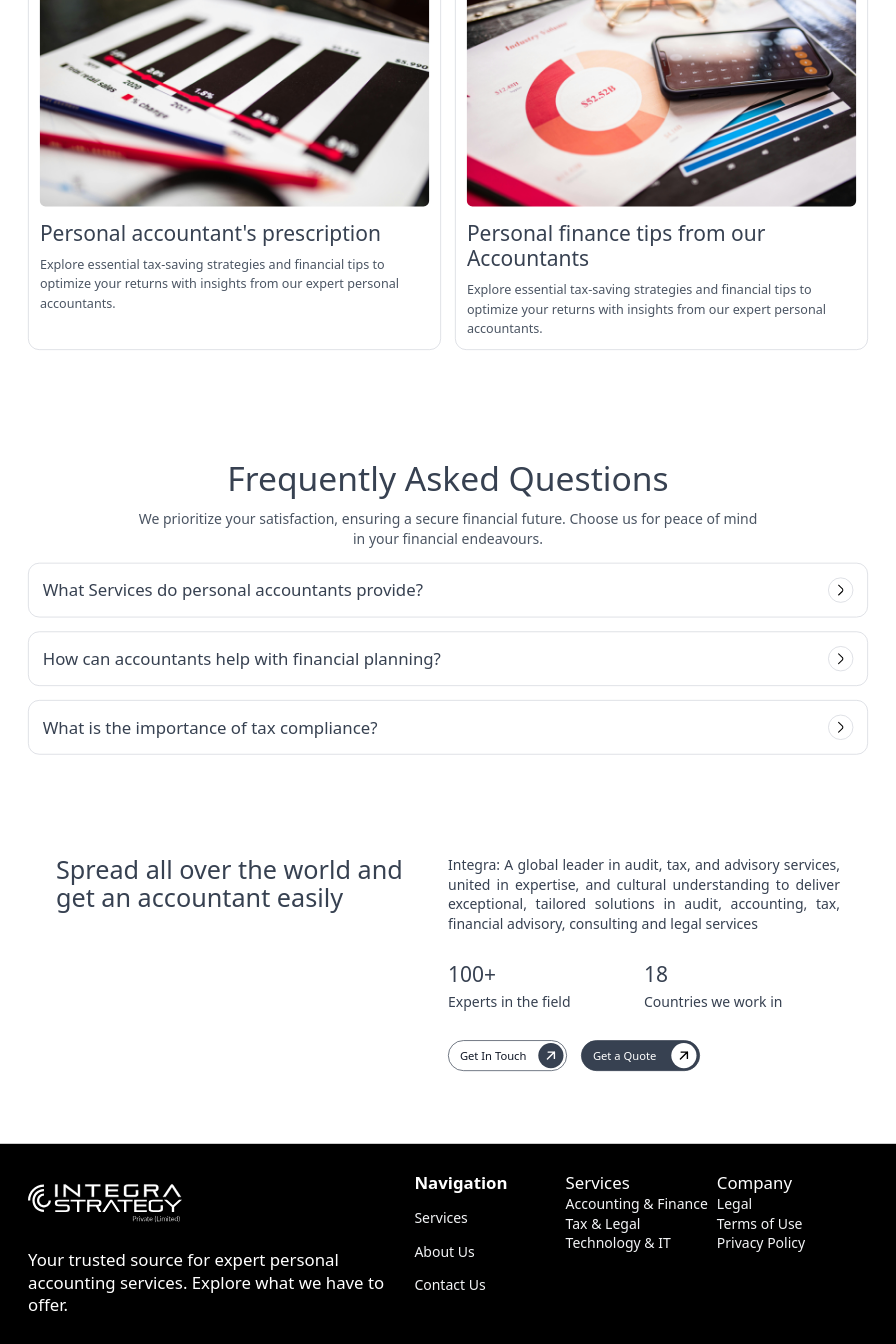
Repository: vespersolutionspk18/integrast-website
Page: /
These files come from the project's save history. The page is drawn as it stood at one moment and after the next save; the edit follows.
The browser window is 1280 px wide. The pictures show the part of the page from y = 2730 to 4650 px (the page is 4650 px tall), at 70% of full size.
The project was rebuilt for these pictures with package versions that can differ from the ones it lists, and the page was loaded fresh each time. The framework's server and built-in components were replaced by stand-ins that run in the browser. Also part of the build but not shown: next.config.ts.

Above is the page before, as saved 2024-12-12 15:30:43.

### app/layout.tsx
import type { Metadata } from "next";
import localFont from "next/font/local";
import "./globals.css";

const geistSans = localFont({
  src: "./fonts/GeistVF.woff",
  variable: "--font-geist-sans",
  weight: "100 900",
});
const geistMono = localFont({
  src: "./fonts/GeistMonoVF.woff",
  variable: "--font-geist-mono",
  weight: "100 900",
});

export const metadata: Metadata = {
  title: "Integra Strategy",
  description: "-",
};

export default function RootLayout({
  children,
}: Readonly<{
  children: React.ReactNode;
}>) {
  return (
    <html lang="en">
      <body
        className={`${geistSans.variable} ${geistMono.variable} antialiased`}
      >
        {children}
      </body>
    </html>
  );
}

### app/page.tsx
import Image from "next/image";
import Header from "./Header";
import Hero from "./Hero";
import Services from "./Services";
import Postsart from "./Postsart";
import Faqsection from "./Faqsection";
import GetinTouchSection from "./GetinTouchSection";
import Footer from "./Footer";

export default function Home() {
  return (
    <div>
      <Header />
      <Hero />
      <Services />
      <Postsart />
      <Faqsection />
      <GetinTouchSection />
      <Footer />
    </div>
  );
}

### app/Hero.tsx
import React from 'react'
import ButtonArrowwhite from "@/public/assets/buttonarrowwhite.svg";
import ButtonArrow from "@/public/assets/buttonarrow.svg";
const Hero = () => {
  return (
    <div className="flex flex-col p-10 ">
        <div className="flex flex-row mt-24 h-[190px] gap-5 ">
            <div className="w-[55%] flex flex-col">
                <h1 className="font-light font-sans text-6xl text-gray-600">Unlock Prosperity, <span className="text-gray-800">Choose Expert Guidance</span></h1>
                <h4 className="text-xl font-sans font-light text-gray-900 mt-6">Embark on a transformative journey to financial prosperity with our personalized accountancy services</h4>
            </div>
            <div className="w-[45%] flex flex-col justify-between ">
                <h4 className="text-xl text-justify font-light font-sans text-gray-900">Unlock tailored strategies, benefit from insightful guidances, and follow a clear pathway to achieve your financial success. Elevate your financial journey with our dedicated support and expertise. Contact us today to start your journey towards financial freedom.</h4>
                <div className="flex flex-row gap-5 pt-10">
                <div>
                <div id="button"
  className="group  bg-white h-[44px] flex-row border-[1px] border-gray-700 text-gray-900 text-[16px] py-1 px-1 font-light rounded-full hidden md:flex items-center justify-between w-[170px] transition-width duration-500 ease-in-out  hover:w-[195px] hover:bg-gray-700 hover:border-gray-700 hover:text-white hover:cursor-pointer "

>
  <div className="mx-3 font-sans font-regular">Get In Touch</div>
  <div className="bg-gray-700 rounded-full h-[36px] w-[36px] flex items-center justify-center transition-transform duration-500 ease-in-out group-hover:rotate-45">
    <ButtonArrowwhite className="h-[24px] w-[24px]" />
  </div>
            </div>
                </div>
                <div>
                <div id="button"
  className="group  bg-gray-700 h-[44px] flex-row border-[1px] border-gray-700 text-white text-[16px] py-1 px-1 font-light rounded-full hidden md:flex items-center justify-between w-[170px] transition-width duration-500 ease-in-out  hover:w-[195px] hover:bg-white hover:border-gray-700 hover:text-gray-700 hover:cursor-pointer "

>
  <div className="mx-3 font-sans font-regular">Get a Quote</div>
  <div className="bg-white rounded-full h-[36px] w-[36px] flex items-center justify-center transition-transform duration-500 ease-in-out group-hover:rotate-45 group-hover:border-[1px] group-hover:border-gray-700">
    <ButtonArrow className="h-[24px] w-[24px]" />
  </div>
            </div>
                </div>

                </div>
            </div>
        </div>


        <div className="flex flex-row h-[380px] gap-4 mt-16">
            <div className="w-[70%] transition-all duration-500 ease-in-out hover:w-[90%] rounded-2xl bg-cover bg-center" style={{backgroundImage: `url('/assets/heroimage3.jpg')`}}></div>
            <div className="w-[30%] transition-all duration-500 ease-in-out hover:w-[40%] flex flex-col justify-between ">
                <div className="w-full h-full rounded-2xl bg-cover bg-center" style={{backgroundImage: `url('/assets/heroimage4.jpg')`}}></div>
                <h5 className="font-sans text-gray-900 text-justify text-xl mt-3  font-light">Tailored solutions, expert guidance, and strategic planning to secure your wealth and achieve your financial goals seamlessly</h5>
            </div>
        </div>
    </div>
  )
}

export default Hero

### app/Services.tsx
import React from 'react'
import ButtonArrowwhite from "@/public/assets/buttonarrowwhite.svg";
import ButtonArrow from "@/public/assets/buttonarrow.svg";
const Services = () => {
  return (
    <div className="flex flex-col p-10 mt-16 items-center ">
        <div className="flex flex-row items-start justify-start ">
            <div className="w-1/2 font-sans font-light text-5xl text-gray-700">We collaborate across diverse industry landscapes</div>
            <div className="w-1/2 font-sans text-gray-900 text-justify text-xl  font-light">Our commitment to fostering dynamic collaboration allows to navigate the unique challenges and intricacies of various sectors. Our versatile approach ensures tailored solutions that resonate with the distinct needs of each industry.</div>
        </div>
        <div className="flex flex-row gap-5 mt-16">
            <div className="rounded-2xl w-1/3 h-[540px] bg-cover bg-center flex items-end  " style={{backgroundImage: `url('/assets/audit.jpg')`}}>
            <div className="group">
  <div className="bg-white m-4  rounded-[12px] flex flex-col relative transition-all duration-500 ease-in-out hover:pb-[120px] min-h-[180px]">
    <h5 className="ml-5 mt-5 mr-5 mb-5 font-sans text-3xl text-gray-700 font-light">
      Accounting & Finance
    </h5>
    <p className="ml-5 mr-5 mb-5 text-justify font-sans font-light text-xl text-gray-600">
      We are committed to serving the public interest by providing objective assurance over data on which investors rely.
    </p>
    {/* Hidden div */}
    <div className="absolute bottom-5 left-5 text-xl font-sans font-light  text-gray-600 px-4 py-2 rounded-md opacity-0 invisible transition-all duration-500 group-hover:opacity-100 group-hover:visible hover:text-black hover:cursor-pointer  hover:underline">
      Learn More
    </div>
  </div>
</div>

</div>
            <div className="rounded-2xl w-1/3 h-[540px] bg-cover bg-center flex items-end" style={{backgroundImage: `url('/assets/tax.jpg')`}}>
            <div className="group">
  <div className="bg-white m-4  rounded-[12px] flex flex-col relative transition-all duration-500 ease-in-out hover:pb-[120px] min-h-[180px]">
    <h5 className="ml-5 mt-5 mr-5 mb-5 font-sans text-3xl text-gray-700 font-light">
      Tax & Legal
    </h5>
    <p className="ml-5 mr-5 mb-5 text-justify font-sans font-light text-xl text-gray-600">
      We are committed to serving the public interest by providing objective assurance over data on which investors rely.
    </p>
    {/* Hidden div */}
    <div className="absolute bottom-5 left-5 text-xl font-sans font-light  text-gray-600 px-4 py-2 rounded-md opacity-0 invisible transition-all duration-500 group-hover:opacity-100 group-hover:visible hover:text-black hover:cursor-pointer  hover:underline">
      Learn More
    </div>
  </div>
</div>
</div>
            <div className="rounded-2xl w-1/3 h-[540px] bg-cover bg-center flex items-end" style={{backgroundImage: `url('/assets/tech.jpg')`}}>
            <div className="group">
  <div className="bg-white m-4  rounded-[12px] flex flex-col relative transition-all duration-500 ease-in-out hover:pb-[120px] min-h-[180px]">
    <h5 className="ml-5 mt-5 mr-5 mb-5 font-sans text-3xl text-gray-700 font-light">
      Technology & IT
    </h5>
    <p className="ml-5 mr-5 mb-5 text-justify font-sans font-light text-xl text-gray-600">
      We are committed to serving the public interest by providing objective assurance over data on which investors rely.
    </p>
    {/* Hidden div */}
    <div className="absolute bottom-5 left-5 text-xl font-sans font-light  text-gray-600 px-4 py-2 rounded-md opacity-0 invisible transition-all duration-500 group-hover:opacity-100 group-hover:visible hover:text-black hover:cursor-pointer  hover:underline">
      Learn More
    </div>
  </div>
</div>
</div>
        </div>
        <div className="mt-8">
                <div id="button"
  className="group  bg-white h-[44px] flex-row border-[1px] border-gray-700 text-gray-900 text-[16px] py-1 px-1 font-light rounded-full hidden md:flex items-center justify-between w-[190px] transition-width duration-500 ease-in-out hover:cursor-pointer  hover:w-[215px] hover:bg-gray-700 hover:border-gray-700 hover:text-white "

>
  <div className="mx-3 font-sans font-regular">View all Services</div>
  <div className="bg-gray-700 rounded-full h-[36px] w-[36px] flex items-center justify-center transition-transform duration-500 ease-in-out group-hover:rotate-45">
    <ButtonArrowwhite className="h-[24px] w-[24px]" />
  </div>
            </div>
                </div>
    </div>
  )
}

export default Services

### app/Postsart.tsx
import React from 'react'

const Postsart = () => {
  return (
    <div className="w-full flex flex-col p-10 items-center mt-20">
        <h2 className="text-5xl font-sans text-gray-700 font-light">Posts & Articles</h2>
        <p className="font-sans text-xl text-gray-800 font-light text-center mt-5">Stay up-to-date and enahnce your financial literacy with our engaging and informative<br></br>content your key to achieving financial success</p>
        <div className="flex flex-row mt-10 gap-5 w-full">
            <div className="hover:border-black hover:cursor-pointer flex flex-col rounded-2xl w-1/2  border-[1px] p-4 border-gray-300">
            <div className="w-full h-[340px] rounded-[8px] bg-cover bg-center" style={{backgroundImage: `url('/assets/post1.jpg')`}}></div>
            <h5 className="font-sans font-light text-3xl mt-5 text-gray-700">Navigating Tax Season: Tips for Individuals</h5>
            <p className="font-sans font-light text-gray-600 text-lg mt-3">Explore essential tax-saving strategies and financial tips to optimize your returns with insights from our expert personal accountants.</p>
            </div>
            <div className="hover:border-black hover:cursor-pointer flex flex-col rounded-2xl w-1/2  border-[1px] p-4 border-gray-300">
            <div className="w-full h-[340px] rounded-[8px] bg-cover bg-center" style={{backgroundImage: `url('/assets/post2.jpg')`}}></div>
            <h5 className="font-sans font-light text-3xl mt-5 text-gray-700">Insights from personal accountants</h5>
            <p className="font-sans font-light text-gray-600 text-lg mt-3">Explore essential tax-saving strategies and financial tips to optimize your returns with insights from our expert personal accountants.</p>
            </div>
        </div>
        <div className=" flex flex-row mt-5 gap-5 w-full">
            <div className="hover:border-black hover:cursor-pointer flex flex-col rounded-2xl w-1/2  border-[1px] p-4 border-gray-300">
            <div className="w-full h-[340px] rounded-[8px] bg-cover bg-center" style={{backgroundImage: `url('/assets/post3.jpg')`}}></div>
            <h5 className="font-sans font-light text-3xl mt-5 text-gray-700">Personal accountant's prescription</h5>
            <p className="font-sans font-light text-gray-600 text-lg mt-3">Explore essential tax-saving strategies and financial tips to optimize your returns with insights from our expert personal accountants.</p>
            </div>
            <div className="hover:border-black hover:cursor-pointer flex flex-col rounded-2xl w-1/2  border-[1px] p-4 border-gray-300">
            <div className="w-full h-[340px] rounded-[8px] bg-cover bg-center" style={{backgroundImage: `url('/assets/post4.jpg')`}}></div>
            <h5 className="font-sans font-light text-3xl mt-5 text-gray-700">Personal finance tips from our Accountants</h5>
            <p className="font-sans font-light text-gray-600 text-lg mt-3">Explore essential tax-saving strategies and financial tips to optimize your returns with insights from our expert personal accountants.</p>
            </div>
        </div>
    </div>
  )
}

export default Postsart

### app/Faqsection.tsx
"use client";
import React, { useState } from "react";
import ButtonRight from "@/public/assets/right.svg";
import ButtonArrowwhite from "@/public/assets/buttonarrowwhite.svg";
import ButtonArrow from "@/public/assets/buttonarrow.svg";

const Faqsection = () => {
  // Array of FAQs
  const faqs = [
    {
      question: "What Services do personal accountants provide?",
      answer:
        "Personal accountants provide a variety of services, including tax preparation, financial planning, and investment advice. They also help manage budgets, track expenses, and ensure compliance with financial regulations.",
    },
    {
      question: "How can accountants help with financial planning?",
      answer:
        "Accountants assist in creating budgets, managing investments, and developing long-term financial strategies tailored to individual needs.",
    },
    {
      question: "What is the importance of tax compliance?",
      answer:
        "Tax compliance ensures that individuals and businesses meet their legal obligations, avoiding penalties and fostering financial stability.",
    },
  ];

  // State to track which FAQ is expanded
  const [expandedIndex, setExpandedIndex] = useState(null);

  // Toggle function
  const toggleSection = (index) => {
    setExpandedIndex((prevIndex) => (prevIndex === index ? null : index));
  };

  return (
    <div className="flex flex-col p-10 items-center mt-20">
      <h2 className="font-sans font-light text-5xl text-gray-700">
        Frequently Asked Questions
      </h2>
      <p className="font-sans mt-5 font-light text-xl text-gray-600 text-center">
        We prioritize your satisfaction, ensuring a secure financial future.
        Choose us for peace of mind
        <br />
        in your financial endeavours.
      </p>
      <div className="w-full flex flex-col gap-5 mt-5">
        {faqs.map((faq, index) => (
          <div
            key={index}
            className={`border-[1px] ${
              expandedIndex === index ? "border-gray-500" : "border-gray-300"
            } rounded-2xl p-5 flex flex-col transition-all duration-500`}
          >
            <div
              onClick={() => toggleSection(index)}
              className="flex flex-row justify-between items-center cursor-pointer"
            >
              <h5 className="font-sans font-light text-2xl text-gray-700">
                {faq.question}
              </h5>
              <div
                className={`bg-white border-[1px] border-gray-300 rounded-full h-[36px] w-[36px] flex items-center justify-center transition-transform duration-500 ease-in-out ${
                  expandedIndex === index ? "rotate-90" : "rotate-0, "
                }`}
              >
                <ButtonRight className="h-[24px] w-[24px]" />
              </div>
            </div>
            {/* Expandable content */}
            <div
              className={`overflow-hidden transition-all duration-500 ease-in-out ${
                expandedIndex === index ? "max-h-[200px] mt-5" : "max-h-0"
              }`}
            >
              <p className="text-gray-600 font-sans font-light text-lg">{faq.answer}</p>
            </div>
          </div>
        ))}
      </div>
    </div>
  );
};

export default Faqsection;

### app/GetinTouchSection.tsx
import React from 'react'
import ButtonArrowwhite from "@/public/assets/buttonarrowwhite.svg";
import ButtonArrow from "@/public/assets/buttonarrow.svg";

const GetinTouchSection = () => {
  return (
    <div className="mt-16">
        <div className="flex flex-row p-10 ">
        <div className="ml-10 w-1/2 font-sans font-light text-gray-700 text-4xl">
        <b>Spread all over the world</b> and get an accountant easily
        </div>
        <div className="mr-10 w-1/2 flex flex-col">
        <p className="font-light text-xl text-gray-700 font-sans text-justify">
            Integra: A global leader in audit, tax, and advisory services, united in expertise, and cultural understanding to deliver exceptional, tailored solutions in audit, accounting, tax, financial advisory, consulting and legal services
        </p>
        <div className="flex flex-row justify-between mt-10">
        <div className="w-1/2 flex flex-col gap-2">
        <h5 className="font-sans font-light text-3xl text-gray-700">100+</h5>
        <p className="font-sans font-light text-xl text-gray-700">Experts in the field</p>

        </div>
        <div className="w-1/2 flex flex-col gap-2">
        <h5 className="font-sans font-light text-3xl text-gray-700">18</h5>
        <p className="font-sans font-light text-xl text-gray-700">Countries we work in </p>
        </div>
        </div>
        <div className="flex flex-row gap-5 pt-10">
                <div>
                <div id="button"
  className="group  bg-white h-[44px] flex-row border-[1px] border-gray-700 text-gray-900 text-[16px] py-1 px-1 font-light rounded-full hidden md:flex items-center justify-between w-[170px] transition-width duration-500 ease-in-out  hover:w-[195px] hover:bg-gray-700 hover:border-gray-700 hover:text-white hover:cursor-pointer "

>
  <div className="mx-3 font-sans font-regular">Get In Touch</div>
  <div className="bg-gray-700 rounded-full h-[36px] w-[36px] flex items-center justify-center transition-transform duration-500 ease-in-out group-hover:rotate-45">
    <ButtonArrowwhite className="h-[24px] w-[24px]" />
  </div>
            </div>
                </div>
                <div>
                <div id="button"
  className="group  bg-gray-700 h-[44px] flex-row border-[1px] border-gray-700 text-white text-[16px] py-1 px-1 font-light rounded-full hidden md:flex items-center justify-between w-[170px] transition-width duration-500 ease-in-out  hover:w-[195px] hover:bg-white hover:border-gray-700 hover:text-gray-700 hover:cursor-pointer "

>
  <div className="mx-3 font-sans font-regular">Get a Quote</div>
  <div className="bg-white rounded-full h-[36px] w-[36px] flex items-center justify-center transition-transform duration-500 ease-in-out group-hover:rotate-45 group-hover:border-[1px] group-hover:border-gray-700">
    <ButtonArrow className="h-[24px] w-[24px]" />
  </div>
            </div>
                </div>

                </div>
        </div>
    </div>
    </div>
  )
}

export default GetinTouchSection

### app/Footer.tsx
import React from 'react'
import IntegraFooterLogo from "@/public/assets/integra-logo-white.svg";

const Footer = () => {
  return (
    <div className="flex flex-col bg-black text-white mt-16">
        <div className="flex flex-row p-10 justify-between">
        <div className="w-[46%] pr-10 flex flex-col gap-5">
        <IntegraFooterLogo className="h-[90px] w-[220px]" />
        <h3 className="font-sans font-light text-2xl">Your trusted source for expert personal accounting services. Explore what we have to offer.</h3>
        </div>
        <div className="w-[18%] flex flex-col font-sans font-light">
        <p className="text-white text-2xl font-semibold">Navigation</p>
        <ul className="text-gray-100 text-xl">
        <li className="mt-5">Services</li>
        <li className="mt-5">About Us</li>
        <li className="mt-5">Contact Us</li>
        </ul>
        </div>
        <div className="w-[18%] flex flex-col font-sans font-light">
        <p className="text-white text-2xl">Services</p>
        <ul className="text-gray-100 text-xl">
        <li>Accounting & Finance</li>
        <li>Tax & Legal</li>
        <li>Technology & IT</li>
        </ul>
        </div>
        <div className="w-[18%] flex flex-col font-sans font-light">
        <p className="text-white text-2xl">Company</p>
        <ul className="text-gray-100 text-xl">
        <li>Legal</li>
        <li>Terms of Use</li>
        <li>Privacy Policy</li>
        </ul>
        </div>
        </div>
    </div>
  )
}

export default Footer

Loaded but not shown: app/globals.css (common file); app/Header.tsx (common file); tailwind.config.ts (common file)

After the next save:
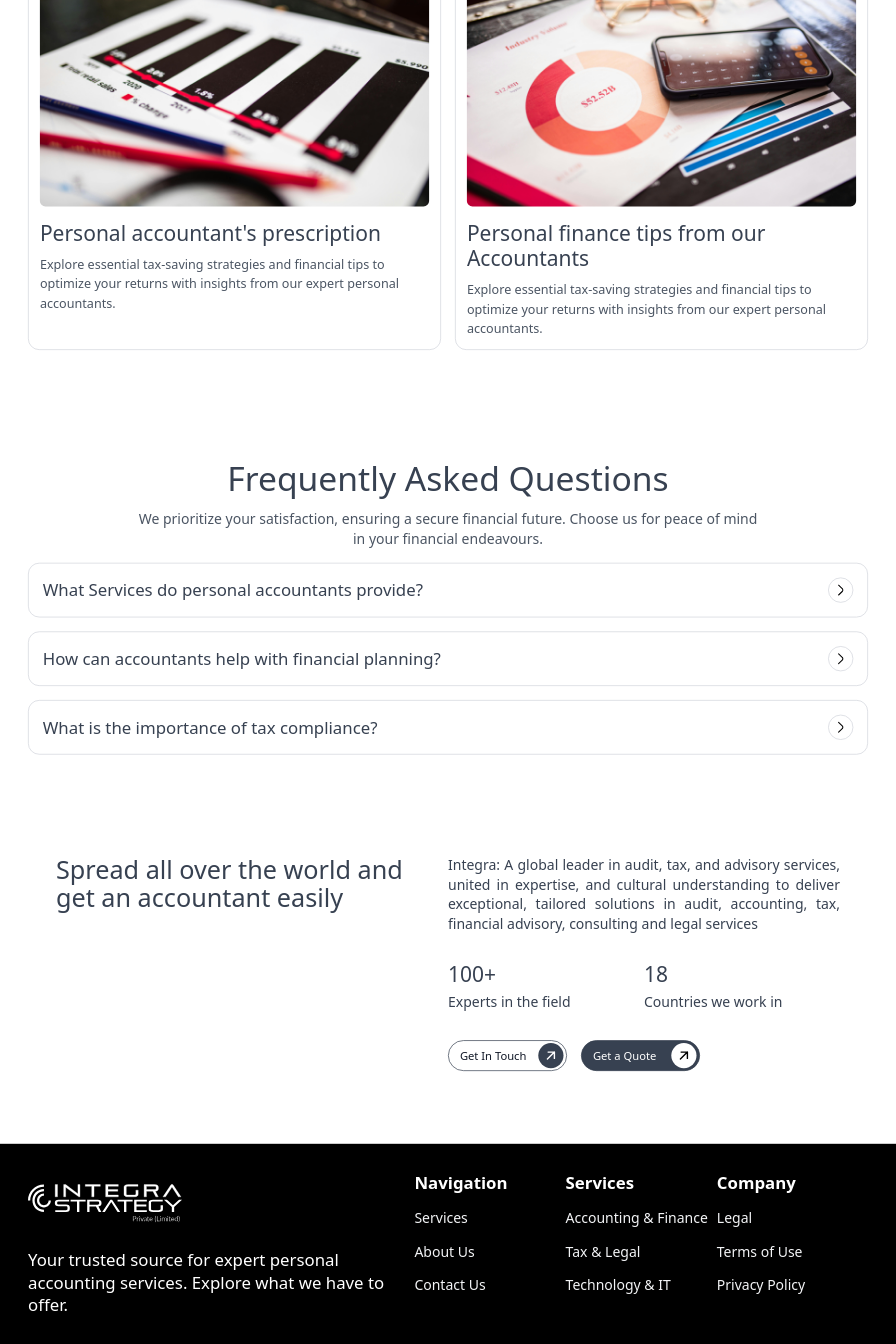
Saved 24 s later.
--- a/app/Footer.tsx
+++ b/app/Footer.tsx
@@ -18,19 +18,19 @@ const Footer = () => {
         </ul>
         </div>
         <div className="w-[18%] flex flex-col font-sans font-light">
-        <p className="text-white text-2xl">Services</p>
+        <p className="text-white text-2xl font-semibold">Services</p>
         <ul className="text-gray-100 text-xl">
-        <li>Accounting & Finance</li>
-        <li>Tax & Legal</li>
-        <li>Technology & IT</li>
+        <li className="mt-5">Accounting & Finance</li>
+        <li className="mt-5">Tax & Legal</li>
+        <li className="mt-5">Technology & IT</li>
         </ul>
         </div>
         <div className="w-[18%] flex flex-col font-sans font-light">
-        <p className="text-white text-2xl">Company</p>
+        <p className="text-white text-2xl font-semibold">Company</p>
         <ul className="text-gray-100 text-xl">
-        <li>Legal</li>
-        <li>Terms of Use</li>
-        <li>Privacy Policy</li>
+        <li className="mt-5">Legal</li>
+        <li className="mt-5">Terms of Use</li>
+        <li className="mt-5">Privacy Policy</li>
         </ul>
         </div>
         </div>
